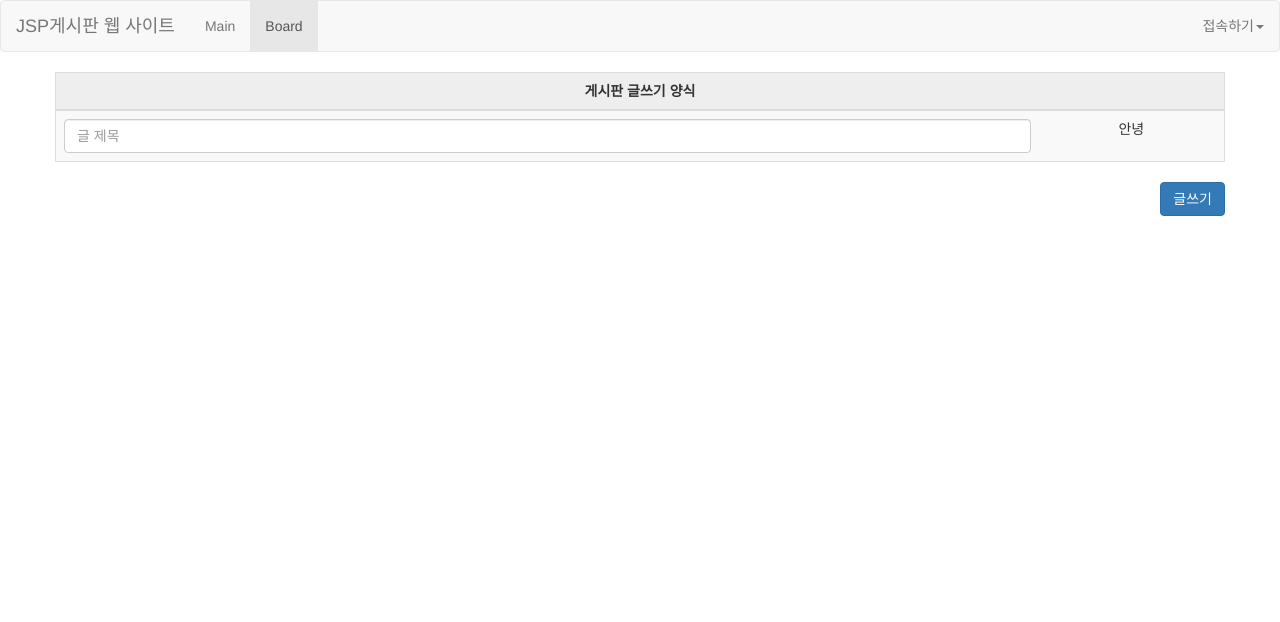
Repository: kwonsye/JSP_Board
Page: http://localhost/BBS/write.jsp
The author's editor kept a copy of each file at every save. The page is drawn from the files as they stood at one save, then again after the next save.
The browser window is 1280 px wide. The pictures show the whole page.
Some web libraries are served in a nearby version. The page is served by Tomcat 9.

Above is the page before, as saved 2019-01-03 17:09:02.

After the next save:
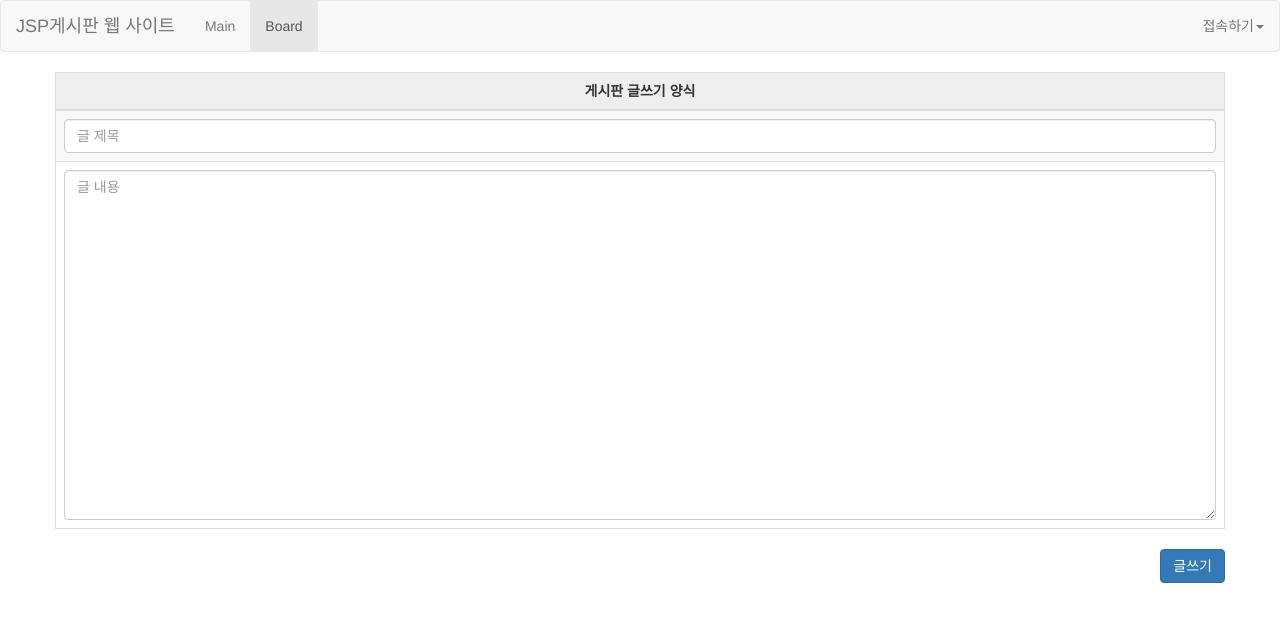
Saved 9 min 38 s later.
--- a/projects/BBS/WebContent/write.jsp
+++ b/projects/BBS/WebContent/write.jsp
@@ -76,23 +76,34 @@
 	<!-- 게시글을 볼 수 있는 곳 -->
 	<div class="container">
 		<div class="row">
-			<table class="table table-striped" style="text-align:center; border:1px solid #dddddd">
-				<thead>
-					<tr>
-						<th colspan="2" style="background-color: #eeeeee; text-align:center;">게시판 글쓰기 양식</th>
-					</tr>
-				</thead>
+			<form method="post" action="writeAction.jsp"><!-- submit누르면 writeAction.jsp파일로 데이터 넘어감 -->
+				<table class="table table-striped"
+					style="text-align: center; border: 1px solid #dddddd">
+					<thead>
+						<tr>
+							<th colspan="2"
+								style="background-color: #eeeeee; text-align: center;">게시판
+								글쓰기 양식</th>
+						</tr>
+					</thead>
 
-				<tbody>
-					<!-- 예시 데이터 -->
-					<tr>
-						<td><input type="text" class="form-control" placeholder="글 제목" name="bbsTitle" maxlength="50"></td>
-						<td>안녕</td>
-					</tr>
-				</tbody>
-			</table>
-			<!-- 글쓰기 버튼 -->
-			<a href="write.jsp" class="btn btn-primary pull-right">글쓰기</a>
+					<tbody>
+						<!-- 글 제목 작성 부분 -->
+						<tr>
+							<td><input type="text" class="form-control"
+								placeholder="글 제목" name="bbsTitle" maxlength="50"></td>
+						</tr>
+						<!-- 글 내용 작성 부분 -->
+						<tr>
+							<td><textarea class="form-control" placeholder="글 내용"
+									name="bbsContent" maxlength="2048" style="height: 350px;"></textarea></td>
+						</tr>
+					</tbody>
+				</table>
+				<!-- 글쓰기 버튼 -->
+				<input type="submit" class="btn btn-primary pull-right" value="글쓰기">
+
+			</form>
 		</div>
 
 	</div>
